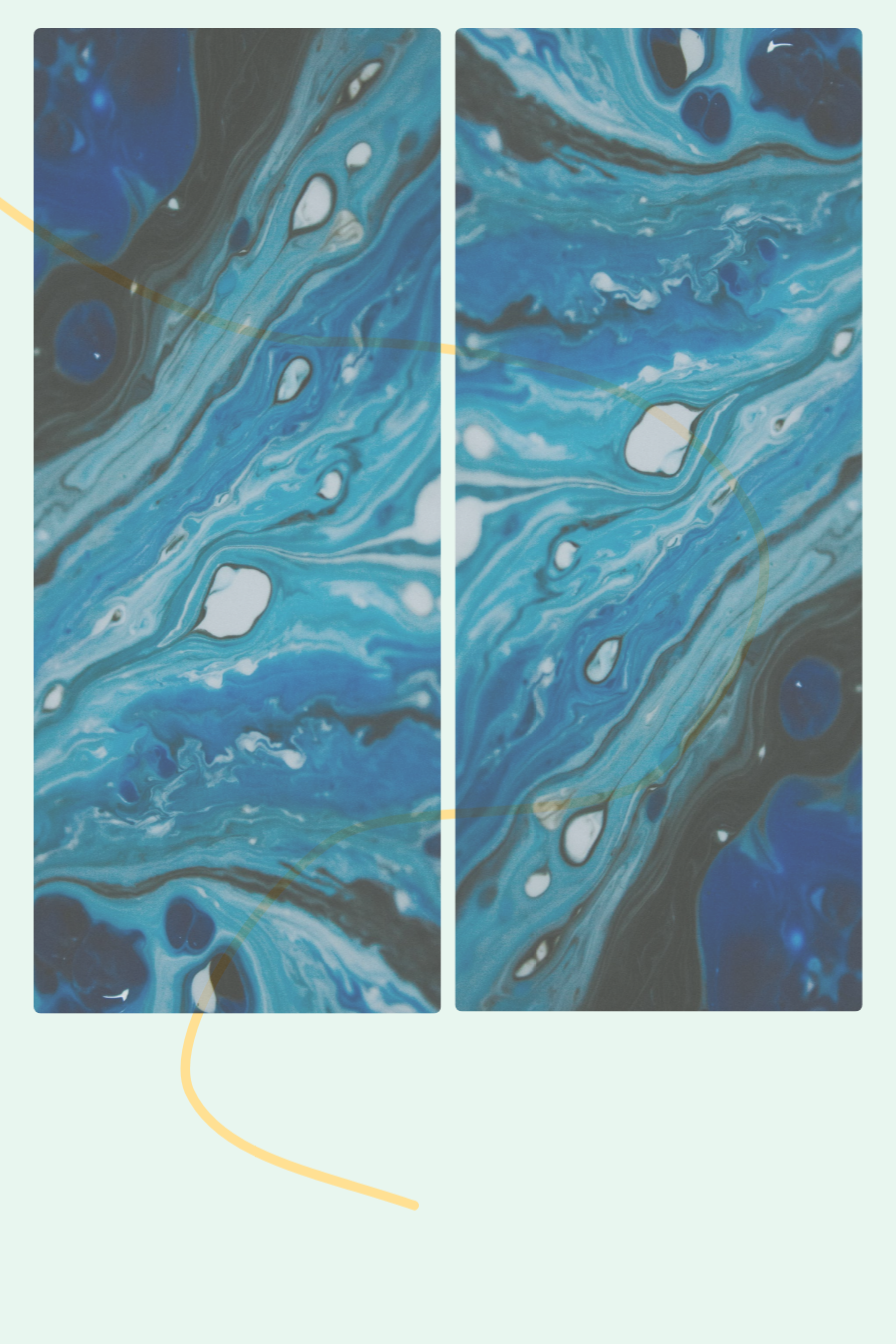
Repository: neomort/comm-lab-vid-site
Page: index.html
The author's editor kept a copy of each file at every save. The page is drawn from the files as they stood at one save, then again after the next save.
The browser window is 1280 px wide. The pictures show the part of the page from y = 0 to 1920 px (the page is 3436 px tall before and 1492 px after), at 70% of full size.
Some web libraries are served in a nearby version.

Above is the page before, as saved 2021-09-23 04:33:26.
Console error: TypeError: makeLineAppear.addEventListener is not a function

### index.html
<!DOCTYPE html>

<html>
<head>

  <script src="https://cdnjs.cloudflare.com/ajax/libs/bodymovin/5.6.3/lottie.min.js" integrity="sha256-lZIvAx83WLHALrd5UIfVRAkDgVmAIxUt8JqPhNZIs4Q=" crossorigin="anonymous"></script>
  <title>The String: 30 second film festival home</title>
<link rel="icon" href="images/chicken.png"/>
<link rel="stylesheet" href="./css/styles.css" />
</head>

<body class="bg-2">
  <div >
    <div class="default-margin">
      <div id="bigButton" class="row">
        <div class="font centered-animation" id="Connectline1_lottie_container"></div>
        <a href="watch.html">
         <div class="column container">
          <img class="image-1" src="images/Rectangle 20.png" />
          <H1 class="font centered-text text-light show">Watch</H1>
        </div>
      </a>
      <a href="links.html">
        <div class="column-2 container">
          <img class="image-1" src="images/Rectangle 21.png" />
          <H1 class="font centered-text text-light show">Explore</H1>
        </div>
      </a>

      </div>


    </div>

</div>
</body>
<script src="js/Connectline1.js"></script>
<script src="js/script.js"></script>
<script>
let element = document.getElementById("Connectline1_lottie_container");
lottie.loadAnimation({
  container: element, // the dom element that will contain the animation
  renderer: 'svg',
  loop: true,
  autoplay: true,
  animationData: Connectline1AnimationData // the path to the animation json
});
</script>
</html>

### css/styles.css
/* background colors */
/* color scheme */
.bg-1 {
  /* Yellow */
  background: #FFE194;
}

.bg-2 {
  /* Light */
  background: #E8F6EF;
}

.bg-3 {
  /* medium */
  background: #B8DFD8;
}

.bg-4 {
  /* dark */
  background: #4C4C6D;
}

.text-light {
  /* Light */
  color: #E8F6EF;
}

.text-dark {
  /* dark */
  color: #4C4C6D;
}

.font {
  font-family: Poppins;
}



/* flex properties */

.row {
  display: flex;
}

.column {
  flex: 50%;
  padding: 10px;
}

.column-2 {
  flex: 50%;
  padding: 10px;
  align-content: end;
}

.default-margin{
  margin: 30px;

}

/* fancy container button */

.container {
  position: relative;
  text-align: center;
  opacity: 70%;
  transition: 0.3s;
}

.container img{
  border-radius: 10px;
  width: 100%;
  opacity: 100%;
  transition: 0.3s;
}

.container:hover {
  position: relative;
  text-align: center;
  opacity: 100%;
  transition: 0.3s;
}

.container:hover .show{
  opacity: 1;
}

.show {
  opacity: 0;
  transition: 0.3s;
}

/* iframe box */

.frame {
  padding-top: 56.25%;
  position:relative;
}

.bar {
  width: 100%;
}

.header-text {
  font-size: 4em;
  position: relative;
  text-align: center;

}


/* .drop-container{
  object-fit: cover;
  position: relative;
  text-align: center;
  opacity: 70%;
  transition: 0.3s;
}

.image-2{
  object-fit: cover;
  border-radius: 10px;
  width: 1000px;
  opacity: 100%;

  transition: 0.3s;
}

.drop-container:hover .image-2{
  object-fit: cover;
  border-radius: 10px;
  width: 100%;
  opacity: 100%;
  height: 300px;
  transition: 0.3s;
} */







.centered-text {
  position: absolute;
  top: 10%;
  left: 50%;
  transform: translate(-50%, -50%);
}

.mirror {
  transform: scaleX(-1);
}

.centered-animation {
  position: absolute;
  top: 50%;
  left: 50%;
  transform: translate(-50%, -10%);
}

#Connectline1_lottie_container {
  width: 100%;


}

#Connectline1_lottie_container svg {
  pointer-events: none;
}

### js/script.js
let makeLineAppear = () => {
  document.getElementById("findLine");
}

let animationWatch = document.getElementById("animationWatch");

makeLineAppear.addEventListener('click', () => {
  if(animationWatch == false){
    orangeParagraph.style.color = true;
  }else{
    orangeParagraph.style.color = false;
  }
})

let makeButtonstAppear = () => {
  document.getElementById("big-button");
}

let makeButtonsDisappear = () => {
  setTimeout(() => {
    document.getElementById("big-button");
  }, 500)
}


let greetingElement = document.getElementById("greeting");

greetingElement.addEventListener('mouseenter', makeButtonsAppear)
greetingElement.addEventListener('mouseleave', makeButtonsDisappear)

Loaded but not shown: js/Connectline1.js (1091 lines, source omitted)

After the next save:
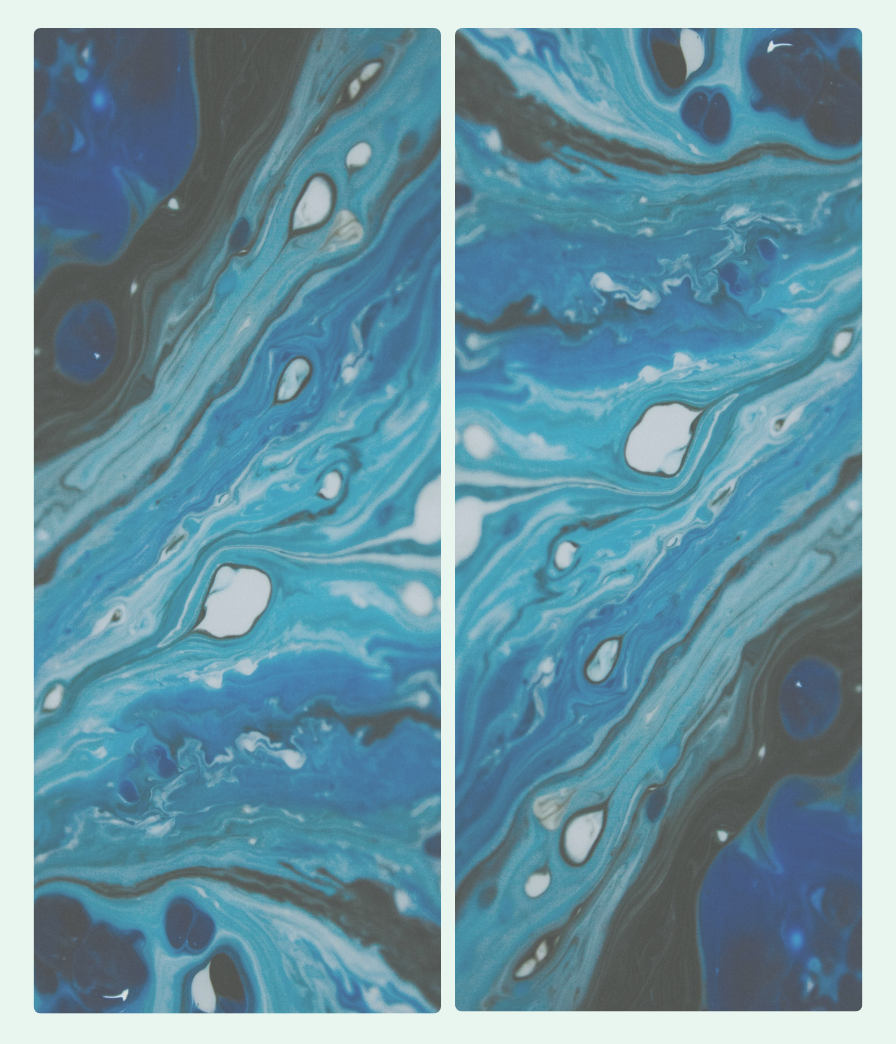
Saved 101 s later.
--- a/index.html
+++ b/index.html
@@ -12,9 +12,9 @@
 <body class="bg-2">
   <div >
     <div class="default-margin">
-      <div id="bigButton" class="row">
-        <div class="font centered-animation" id="Connectline1_lottie_container"></div>
-        <a href="watch.html">
+      <div class="row">
+        <div id="animationWatch" class="font centered-animation" id="Connectline1_lottie_container"></div>
+        <a id="makeLineAppear">
          <div class="column container">
           <img class="image-1" src="images/Rectangle 20.png" />
           <H1 class="font centered-text text-light show">Watch</H1>
